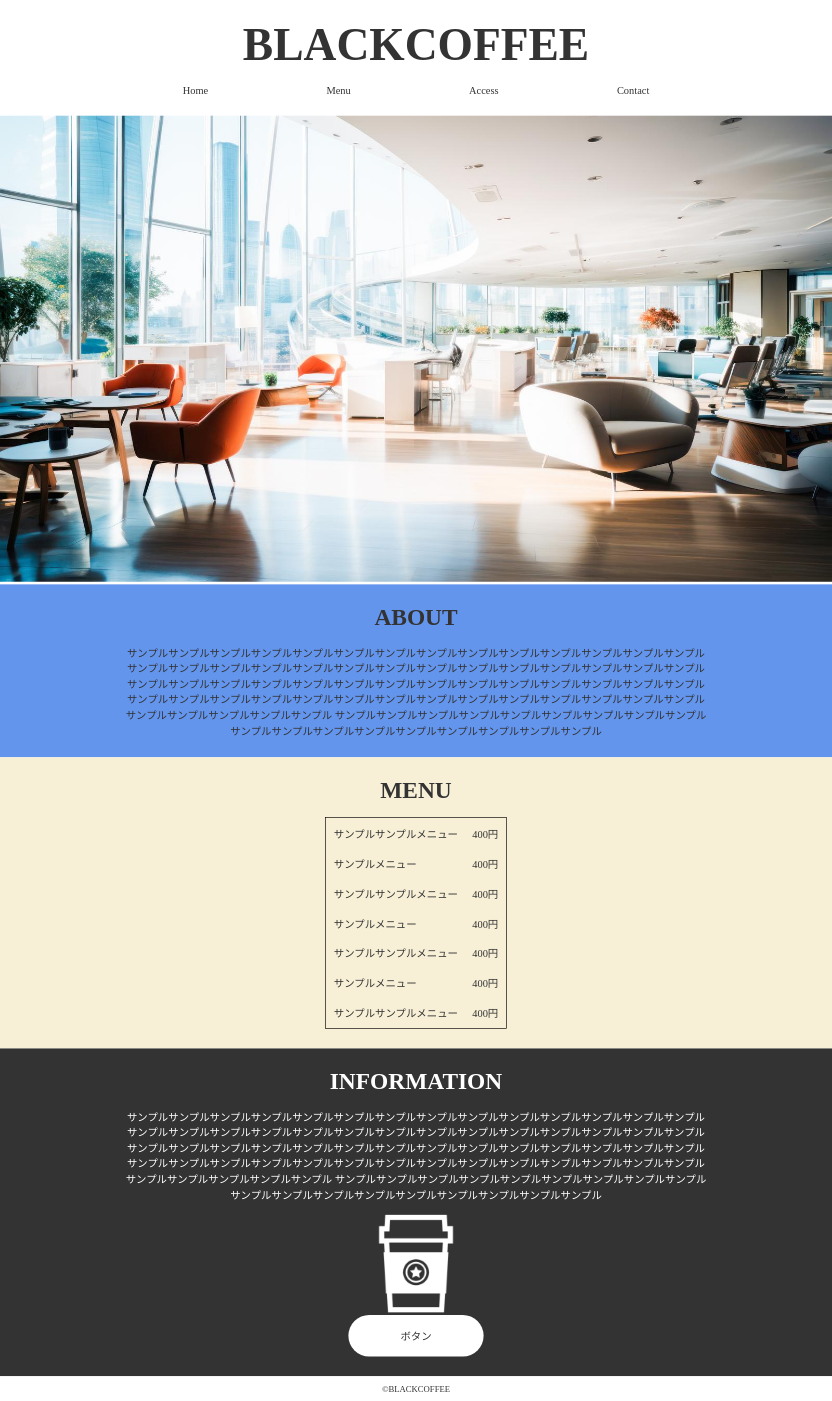
Repository: elle821208/Ayakomi-Cafe
Page: index.html
An editor plug-in stored every save of this project. The page is shown before and after the next save, followed by the edit.
The browser window is 1280 px wide. The pictures show the whole page, at 65% of full size.

Above is the page before, as saved 2025-03-20 07:40:19.

After the next save:
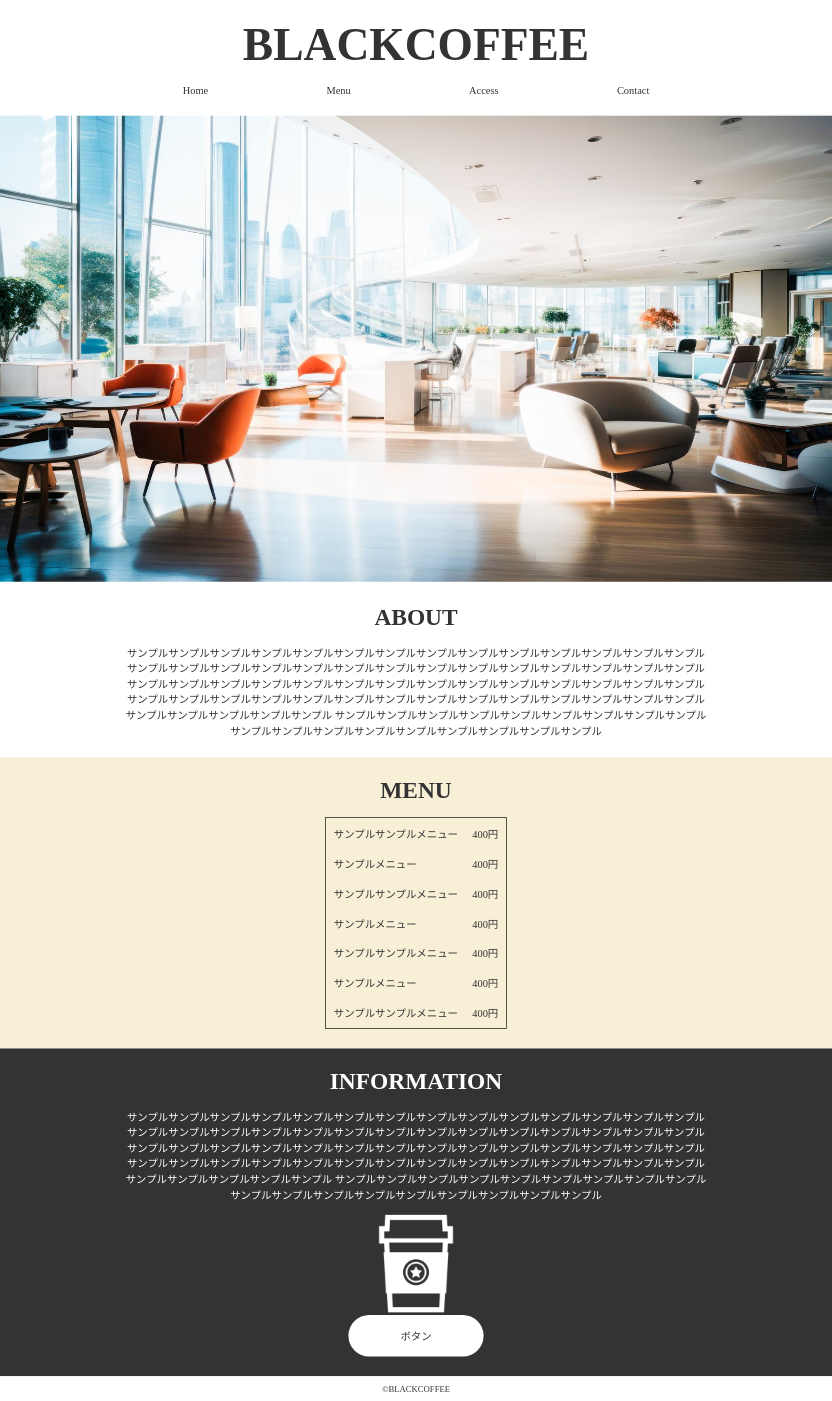
Saved 70 s later.
--- a/index.html
+++ b/index.html
@@ -40,7 +40,7 @@
 
             </section>
 
-            <section class="about" style="background-color: cornflowerblue;">
+            <section class="about" >
                 <div class="container">
                     <h2>ABOUT</h2>
                     <p>サンプルサンプルサンプルサンプルサンプルサンプルサンプルサンプルサンプルサンプルサンプルサンプルサンプルサンプルサンプルサンプルサンプルサンプルサンプルサンプルサンプルサンプルサンプルサンプルサンプルサンプルサンプルサンプルサンプルサンプルサンプルサンプルサンプルサンプルサンプルサンプルサンプルサンプルサンプルサンプルサンプルサンプルサンプルサンプルサンプルサンプルサンプルサンプルサンプルサンプルサンプルサンプルサンプルサンプルサンプルサンプルサンプルサンプルサンプルサンプルサンプル
